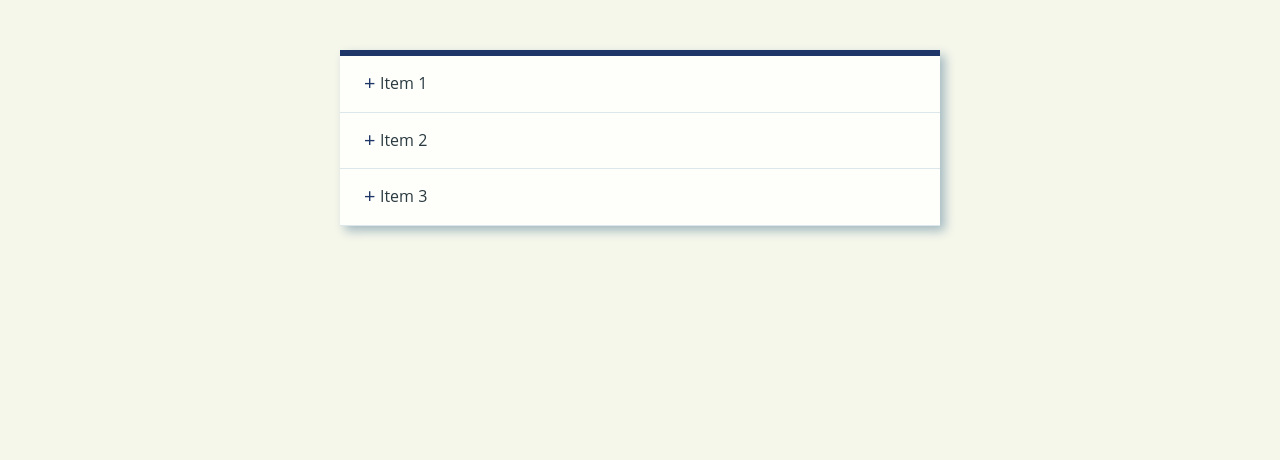
Repository: magdaf41/jQuery
Page: zadanie 4/index.html
These files come from the project's save history. The page is drawn as it stood at one moment and after the next save; the edit follows.
The browser window is 1280 px wide. The pictures show the whole page.
After loading, the first visible `div.accordion-item` was clicked once.

Above is the page before, as saved 2020-09-10 18:40:46.

### zadanie 4/index.html
<!DOCTYPE html>
<html lang="en">

<head>
    <meta charset="UTF-8">
    <meta name="viewport" content="width=device-width, initial-scale=1.0">
    <title>Accordion</title>

    <link rel="stylesheet" href="css/style.css">
</head>

<body>


    <div class="accordion">
        <div class="accordion-item">
            <span class="accordion-title">Item 1</span>
            <p class="accordion-content">Lorem ipsum dolor sit amet consectetur adipisicing elit. Earum labore omnis dolores voluptatum non enim iusto, magni vel alias libero, iure rem totam vero eius quis ipsam architecto mollitia, quibusdam excepturi veniam similique. Quibusdam nesciunt, optio asperiores laudantium adipisci voluptates, ut magni nulla reiciendis obcaecati eaque quo. Accusantium, nostrum commodi?</p>
        </div>
        <div class="accordion-item">
            <span class="accordion-title">Item 2</span>
            <p class="accordion-content">Lorem ipsum dolor sit amet consectetur adipisicing elit. Earum labore omnis dolores voluptatum non enim iusto, magni vel alias libero, iure rem totam vero eius quis ipsam architecto mollitia, quibusdam excepturi veniam similique. Quibusdam nesciunt, optio asperiores laudantium adipisci voluptates, ut magni nulla reiciendis obcaecati eaque quo. Accusantium, nostrum commodi?</p>
        </div>
        <div class="accordion-item">
            <span class="accordion-title">Item 3</span>
            <p class="accordion-content">Lorem ipsum dolor sit amet consectetur adipisicing elit. Earum labore omnis dolores voluptatum non enim iusto, magni vel alias libero, iure rem totam vero eius quis ipsam architecto mollitia, quibusdam excepturi veniam similique. Quibusdam nesciunt, optio asperiores laudantium adipisci voluptates, ut magni nulla reiciendis obcaecati eaque quo. Accusantium, nostrum commodi?</p>
        </div>
    </div>



    <script src="https://code.jquery.com/jquery-3.5.1.min.js"
        integrity="sha256-9/aliU8dGd2tb6OSsuzixeV4y/faTqgFtohetphbbj0=" crossorigin="anonymous"></script>

    <script src="js/main.js"></script>
</body>

</html>

### zadanie 4/css/style.css
* {
    box-sizing: border-box;
}

body {
    background-color: #F6F7EB;
    font-family: 'Open Sans', sans-serif;
}

.accordion {
    background-color: #fefffa;
    max-width: 600px;
    margin: 50px auto;
    border-top: 6px solid #1e3768;
    line-height: 1.6;
    box-shadow: 5px 5px 10px 0px #a4bac1;
}

.accordion-item {
    border-bottom: 1px solid #dce7eb;
    padding: 15px 15px 15px 40px;
    cursor: pointer;
}

.accordion-title {
    color: #2b3a40;
    text-decoration: none;
    display: inline-block;
    position: relative;
}

.accordion-title::before {
    content: "+";
    font-size: 20px;
    position: absolute;
    left: -16px;
    top: -4px;
    color: #1e3768;
}

.accordion-content {
    display: none;
}

### zadanie 4/js/main.js
$(document).ready(function () {

    $('.accordion-item').click(function () {
        console.log('klikam');


        $('this').find('.accordion-item').slideDown();
    });
});

After the next save:
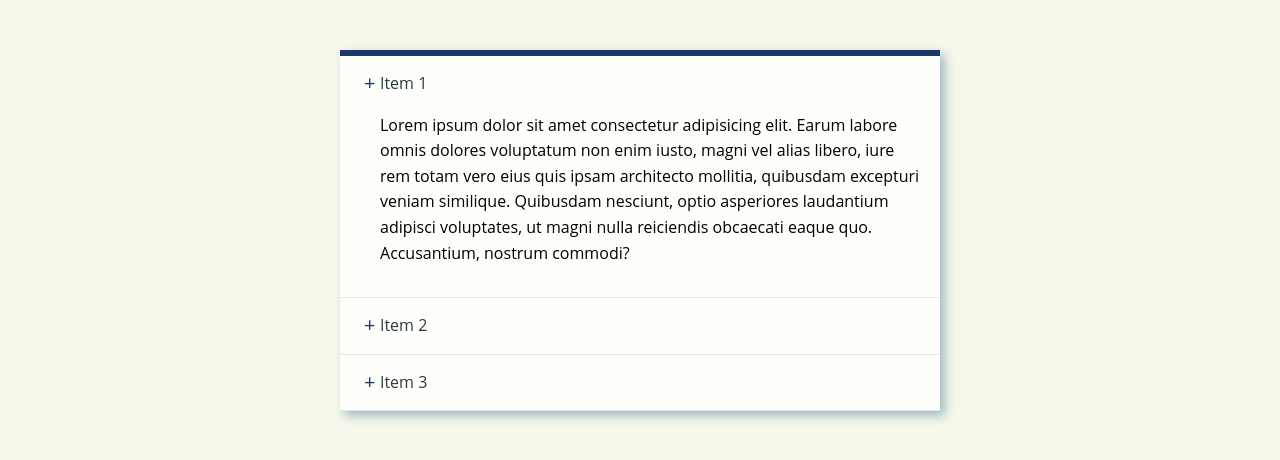
Saved 72 s later.
--- a/zadanie 4/js/main.js
+++ b/zadanie 4/js/main.js
@@ -2,8 +2,7 @@ $(document).ready(function () {
 
     $('.accordion-item').click(function () {
         console.log('klikam');
+        $(this).find('.accordion-content').slideDown();
 
-
-        $('this').find('.accordion-item').slideDown();
     });
 });
